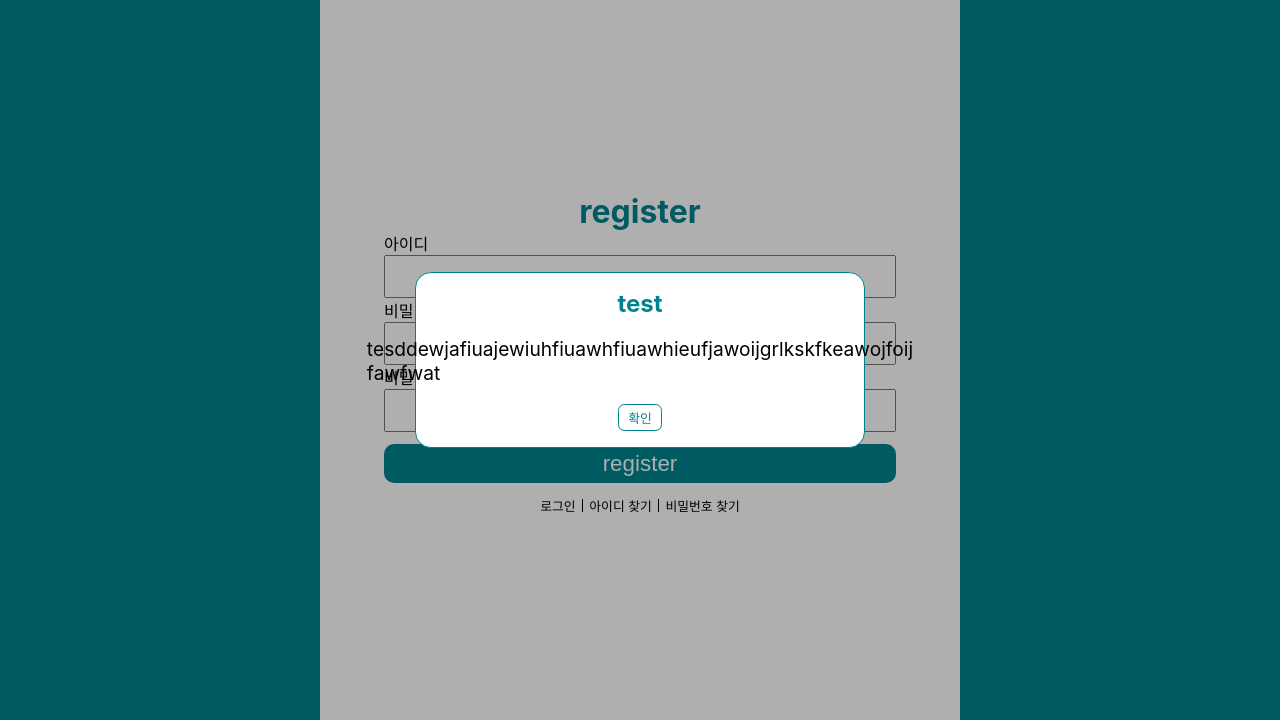
Repository: SeungYn/ticktickup-client
Page: /register
These files come from the project's save history. The page is drawn as it stood at one moment and after the next save; the edit follows.
The browser window is 1280 px wide. The pictures show the whole page.
The project was rebuilt for these pictures with package versions that can differ from the ones it lists, and the page was loaded fresh each time. Also part of the build but not shown: src/App.tsx, src/pages/Main.tsx, src/pages/TimeDetail.tsx, src/pages/MyInfo.tsx, src/containers/auth/LoginFormContainer.tsx, src/pages/LoginPage.tsx.

Above is the page before, as saved 2023-01-04 00:33:20.

After the next save:
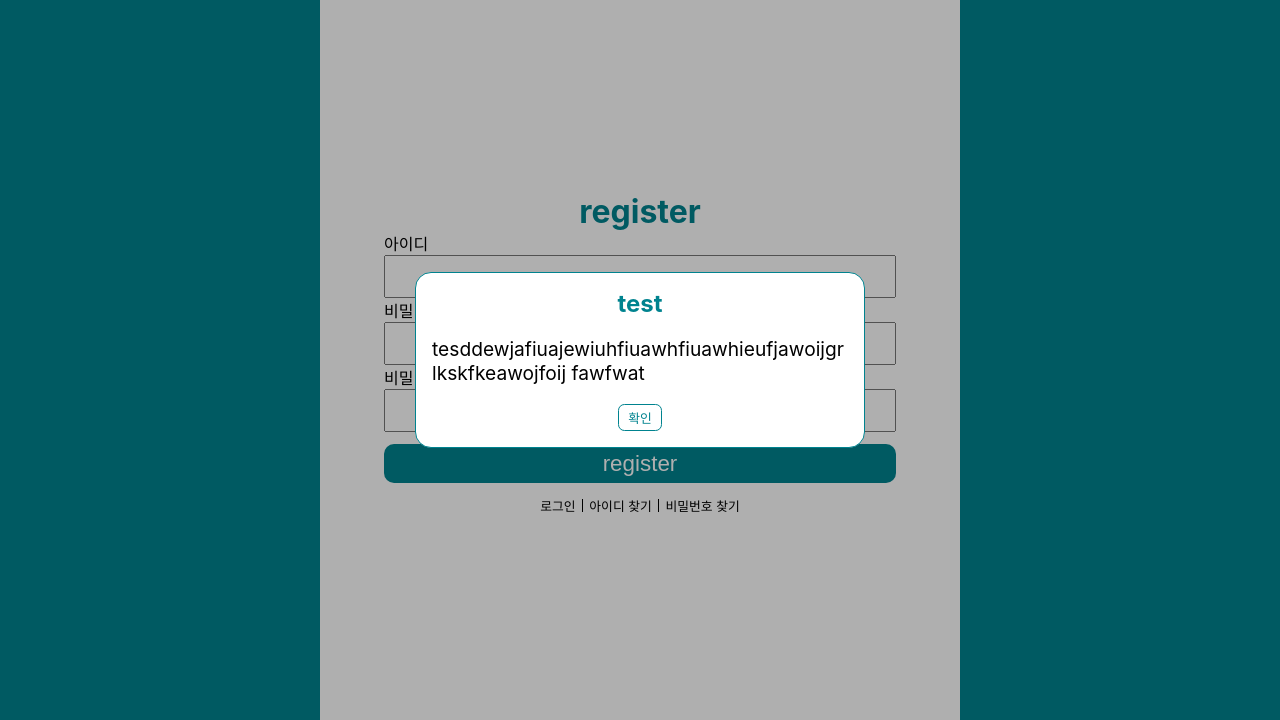
Saved 15 s later.
--- a/src/components/common/ConfirmModal.tsx
+++ b/src/components/common/ConfirmModal.tsx
@@ -43,7 +43,7 @@ const ModalContent = styled.div`
   }
   & p {
     font-size: 1.2rem;
-    word-break: normal;
+    word-break: break-all;
   }
 
   & button {
